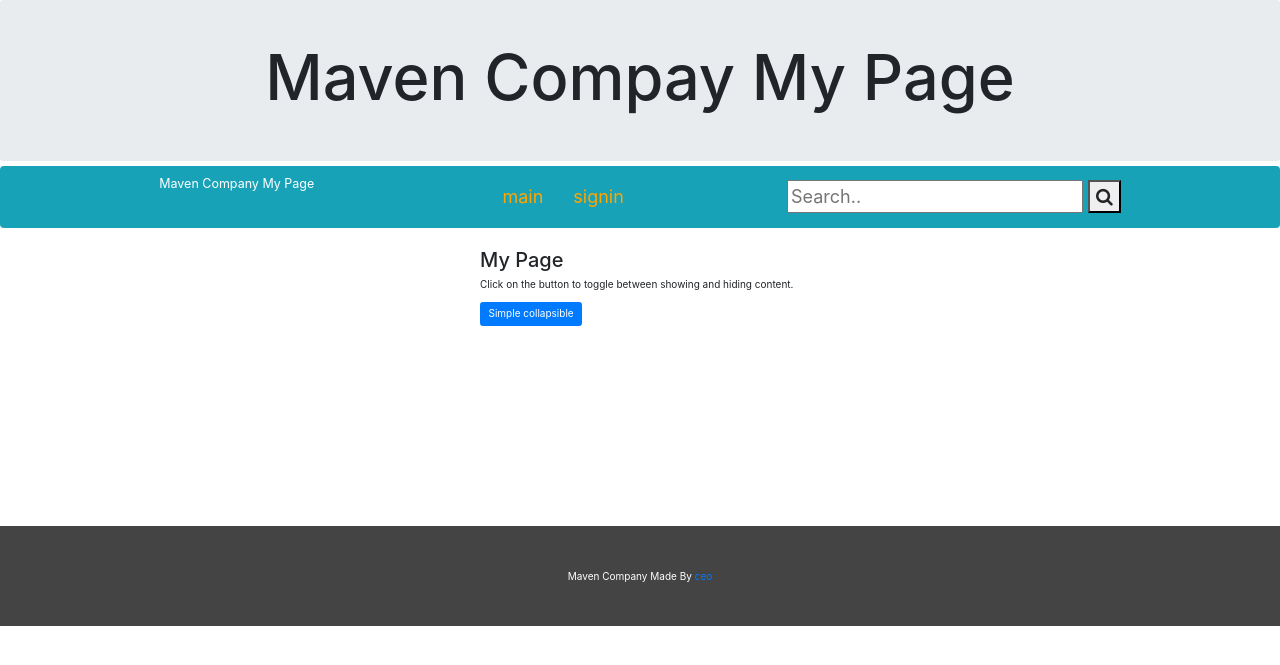
Repository: as2019a/spring
Page: http://localhost/ch19_project_mavenwebsite/WEB-INF/views/mypage.jsp
An editor plug-in stored every save of this project. The page is shown before and after the next save, followed by the edit.
The browser window is 1280 px wide. The pictures show the whole page.
Some web libraries are served in a nearby version. The page is served by Tomcat 9. Nobody is signed in. The template is opened directly, without the code that normally fills it, so the values that code supplies are empty.

Above is the page before, as saved 2019-02-01 07:36:59.

After the next save:
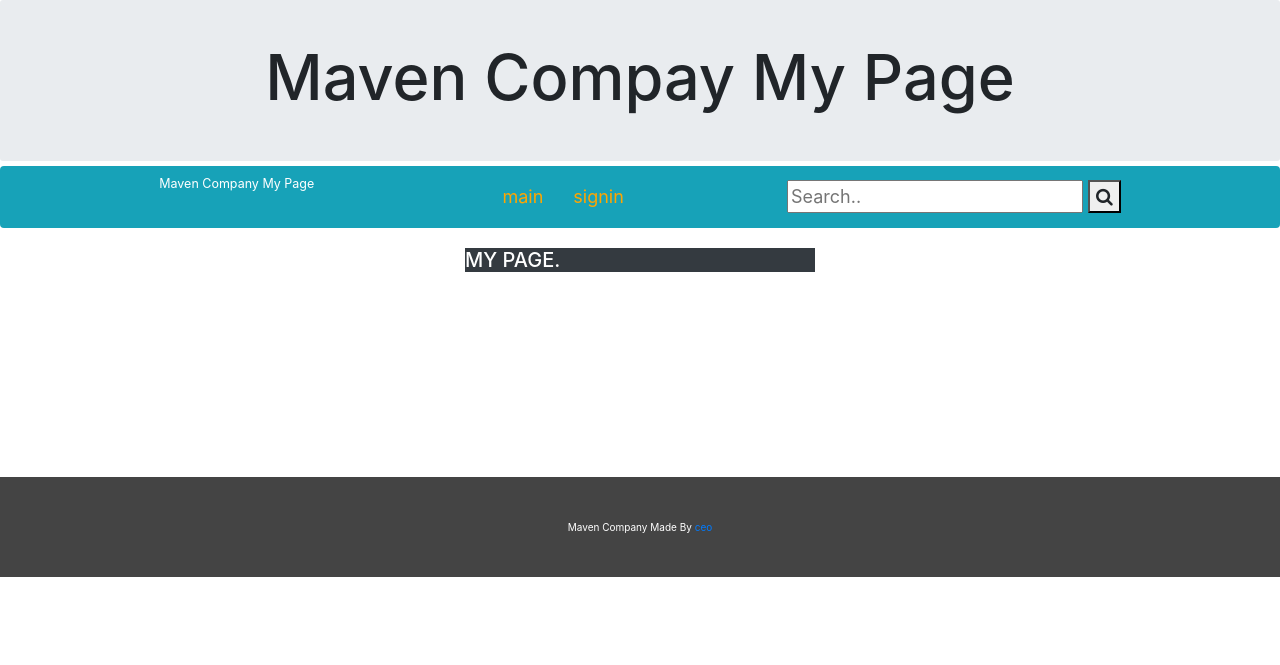
Saved 75 s later.
--- a/ch19_project_mavenwebsite/src/main/webapp/WEB-INF/views/mypage.jsp
+++ b/ch19_project_mavenwebsite/src/main/webapp/WEB-INF/views/mypage.jsp
@@ -111,16 +111,7 @@
 
 			</div>
 			<div class="col-lg-4">
-				<div class="container">
-					<h2>My Page</h2>
-				  <p>Click on the button to toggle between showing and hiding content.</p>
-				  <button type="button" class="btn btn-primary" data-toggle="collapse" data-target="#mypages">Simple collapsible</button>
-				  <div id="mypages" class="collapse">
-				    Lorem ipsum dolor sit amet, consectetur adipisicing elit,
-				    sed do eiusmod tempor incididunt ut labore et dolore magna aliqua. Ut enim ad minim veniam,
-				    quis nostrud exercitation ullamco laboris nisi ut aliquip ex ea commodo consequat.
-				  </div>
-				</div>
+				<h2 class="bg-dark text-white">MY PAGE.</h2>
 			</div>
 			<div class="col-lg-4">
 
